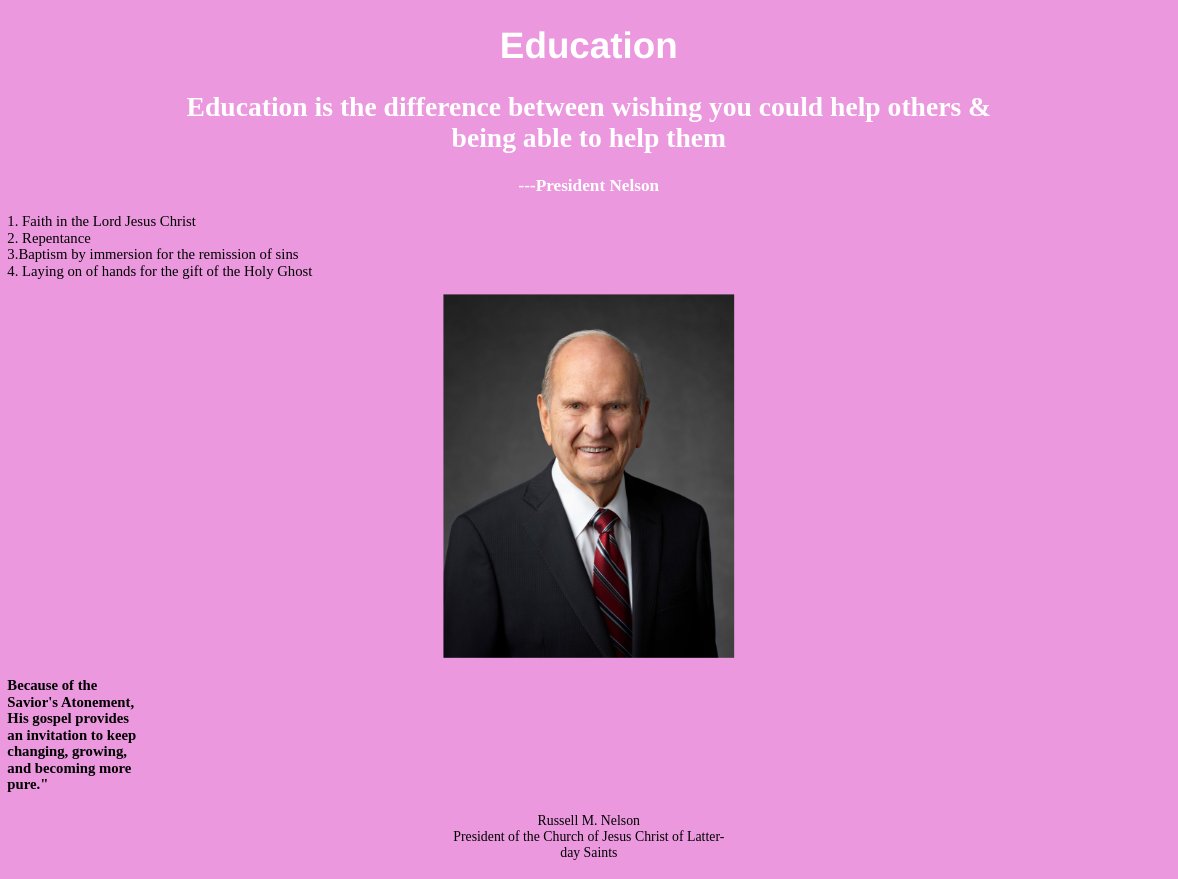
Repository: mszakutumela/wdd130
Page: W04_Challenge/index.html
These files come from the project's save history. The page is drawn as it stood at one moment and after a run of saves; the edit follows.
The browser window is 1280 px wide. The pictures show the whole page, at 92% of full size.

Above is the page before, as saved 2023-06-05 13:03:59.

After the next 2 saves:
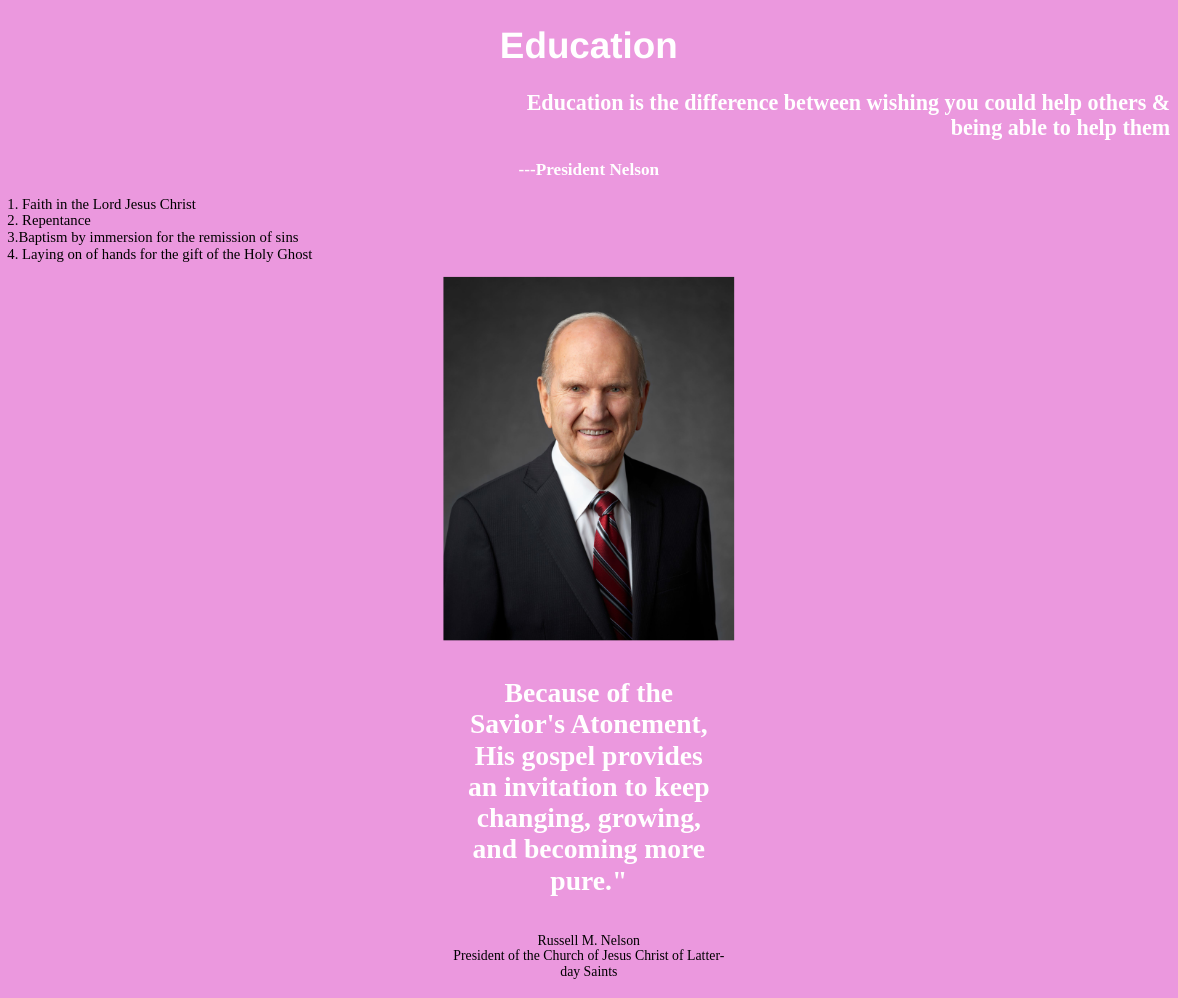
The 2 saves are shown as one change because they came seconds apart.
The last was saved 8 s later.
--- a/W04_Challenge/styles/styles.css
+++ b/W04_Challenge/styles/styles.css
@@ -21,11 +21,11 @@
     color: white;
     text-align: center;
 }
-p3 {
+p {
     color: black;
     /* text-align: center;   */
 }
-h2 {
+h4 {
     color: white;
     text-align: center;
     font-size: 30px;
